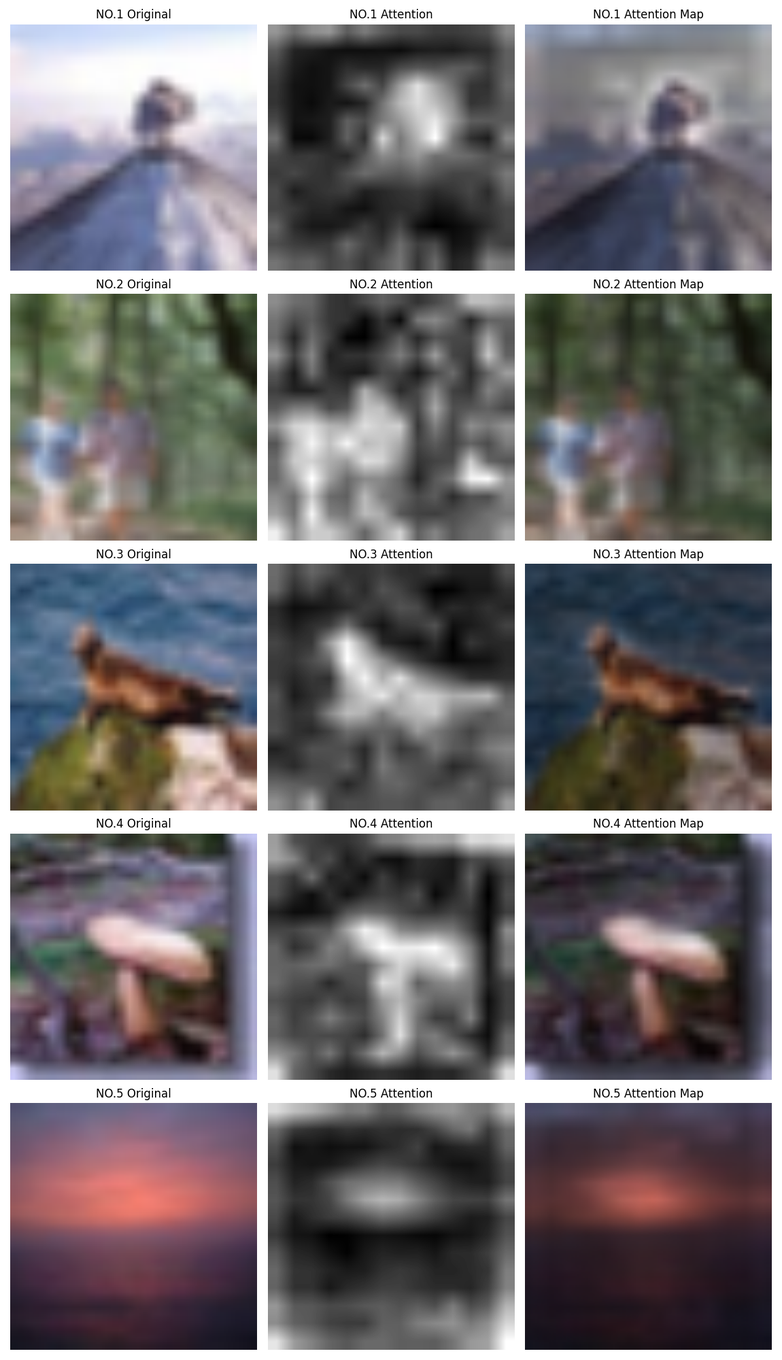
Repository: ginnux/vit
Script's output: python figure/visual.py
The author's editor kept a copy of each file at every save. The script's output is drawn from the files as they stood at one save, then again after the next save.
The pictures are shown at 68% of full size.
Random numbers start from a fixed seed. It also reads figure/visualize.pkl.

Above is the script's output before, as saved 2024-06-24 22:35:23.

After the next save:
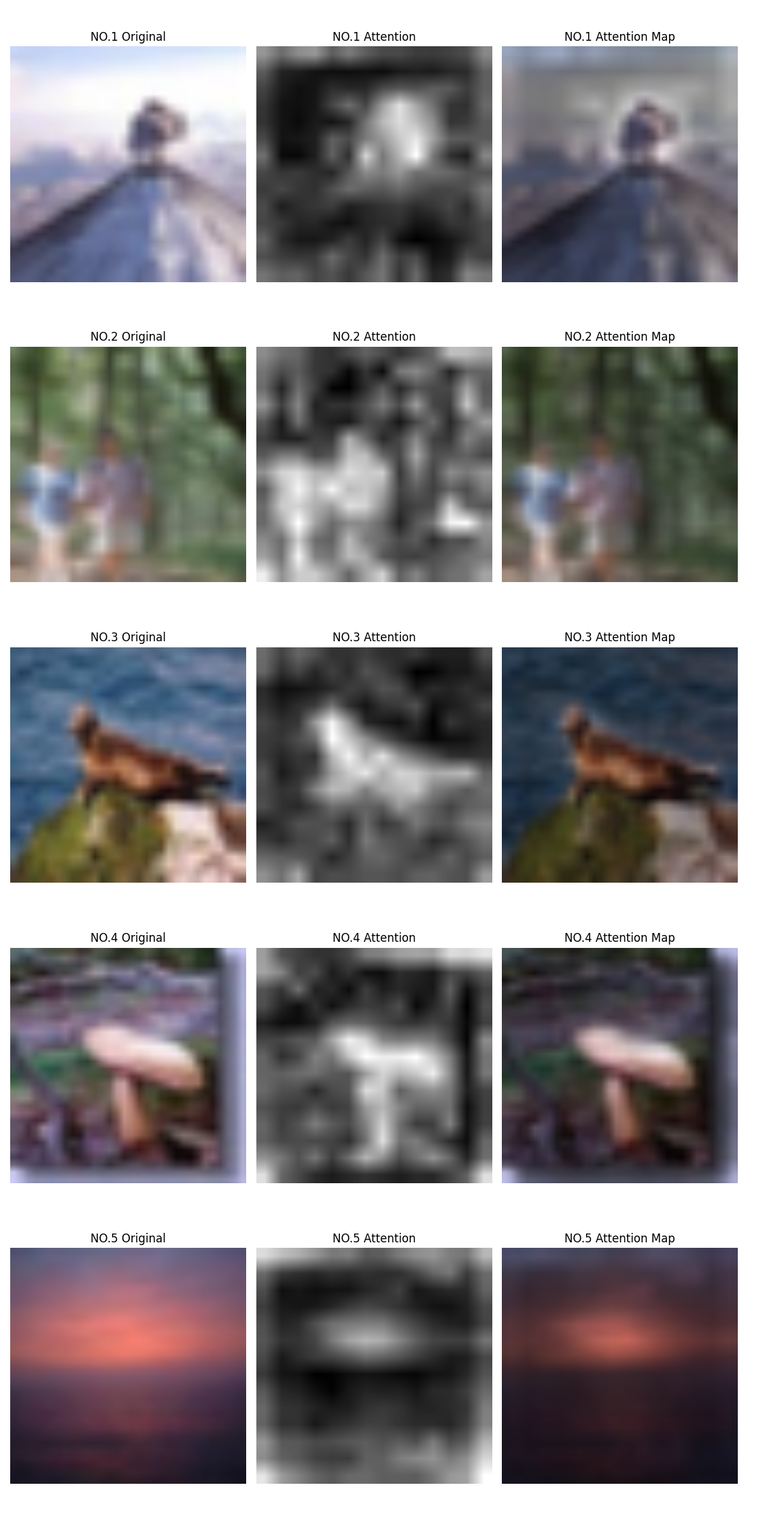
Saved 12 s later.
--- a/figure/visual.py
+++ b/figure/visual.py
@@ -13,7 +13,7 @@ plt.rcParams["font.size"] = 10
 plt.rcParams["font.family"] = "Times New Roman"
 num = len(im_list)
 
-plt.figure(figsize=(11.5, 4 * num))
+plt.figure(figsize=(11, 4.5 * num))
 
 for i in range(num):
     im = im_list[i]
